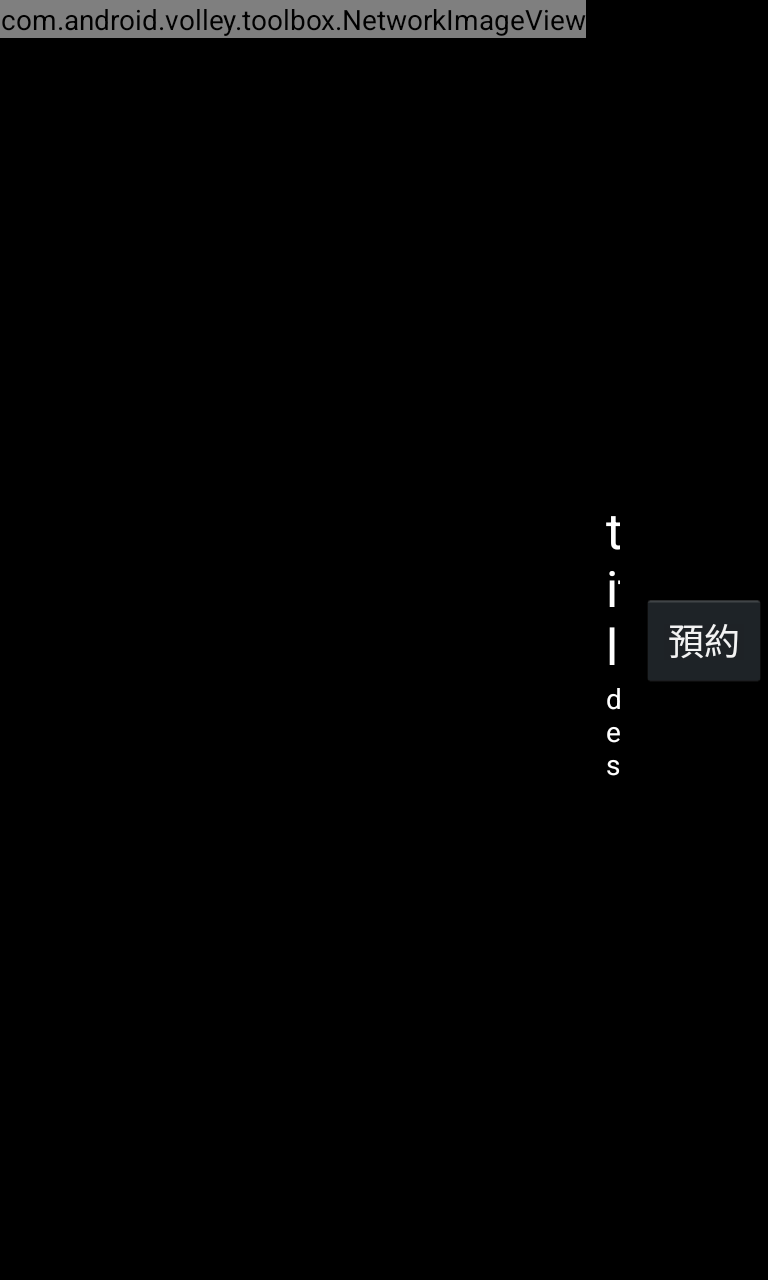
Repository: cnevinc/togather
Layout: GeorgeMe/res/layout/list_item_shop.xml
An editor plug-in stored every save of this project. The layout is shown before and after a run of saves, followed by the edit.
Pictures or frames that could not be fetched are drawn as grey boxes. It is drawn on a 768 x 1280 px phone screen (xhdpi) without system bars, with theme android:Theme.Holo; the app's code is not run.

Above is the layout before, as saved 2014-07-26 18:49:31.

After the next 2 saves:
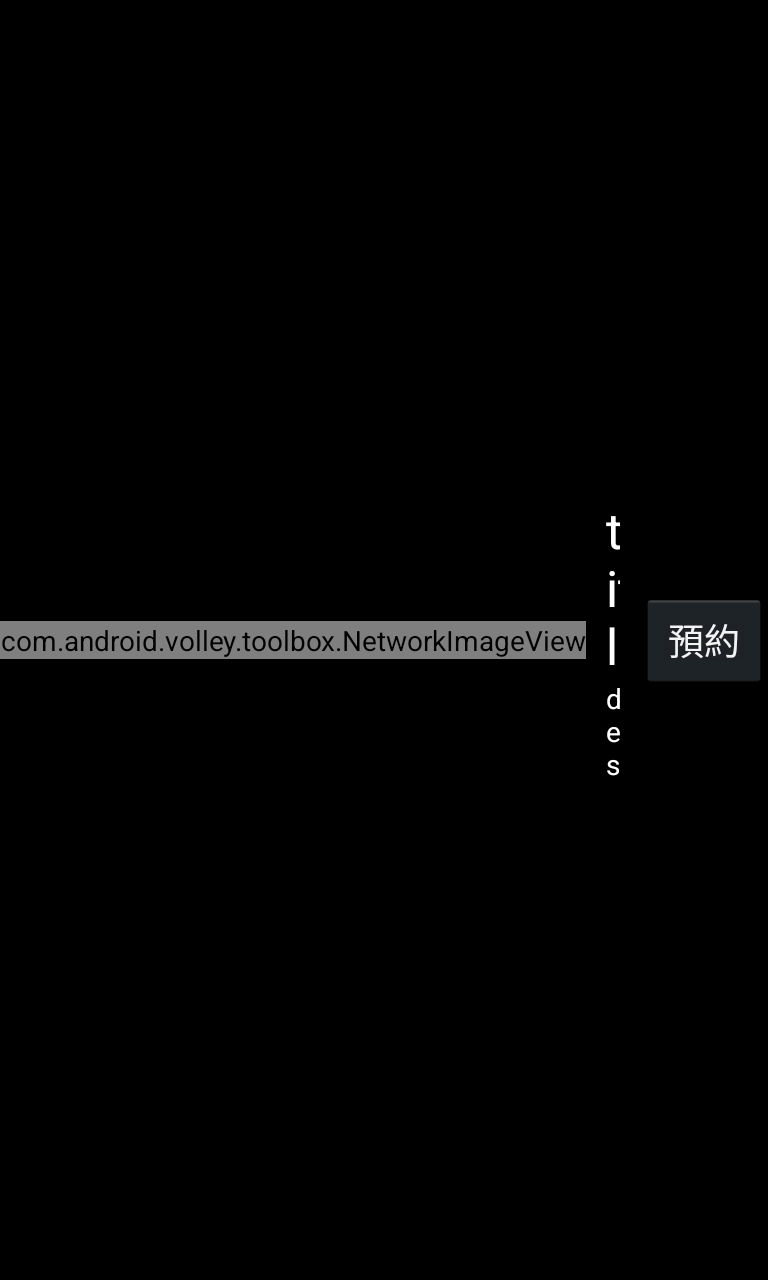
The 2 saves are shown as one change because they came seconds apart.
The last was saved 53 s later.
--- a/GeorgeMe/res/layout/list_item_shop.xml
+++ b/GeorgeMe/res/layout/list_item_shop.xml
@@ -44,6 +44,7 @@
             android:id="@+id/thumbail"
             android:layout_width="wrap_content"
             android:layout_height="wrap_content"
+            android:layout_centerVertical="true"
             android:background="@drawable/ic_launcher" />
 
         <!-- android:layout_centerVertical="true" -->
